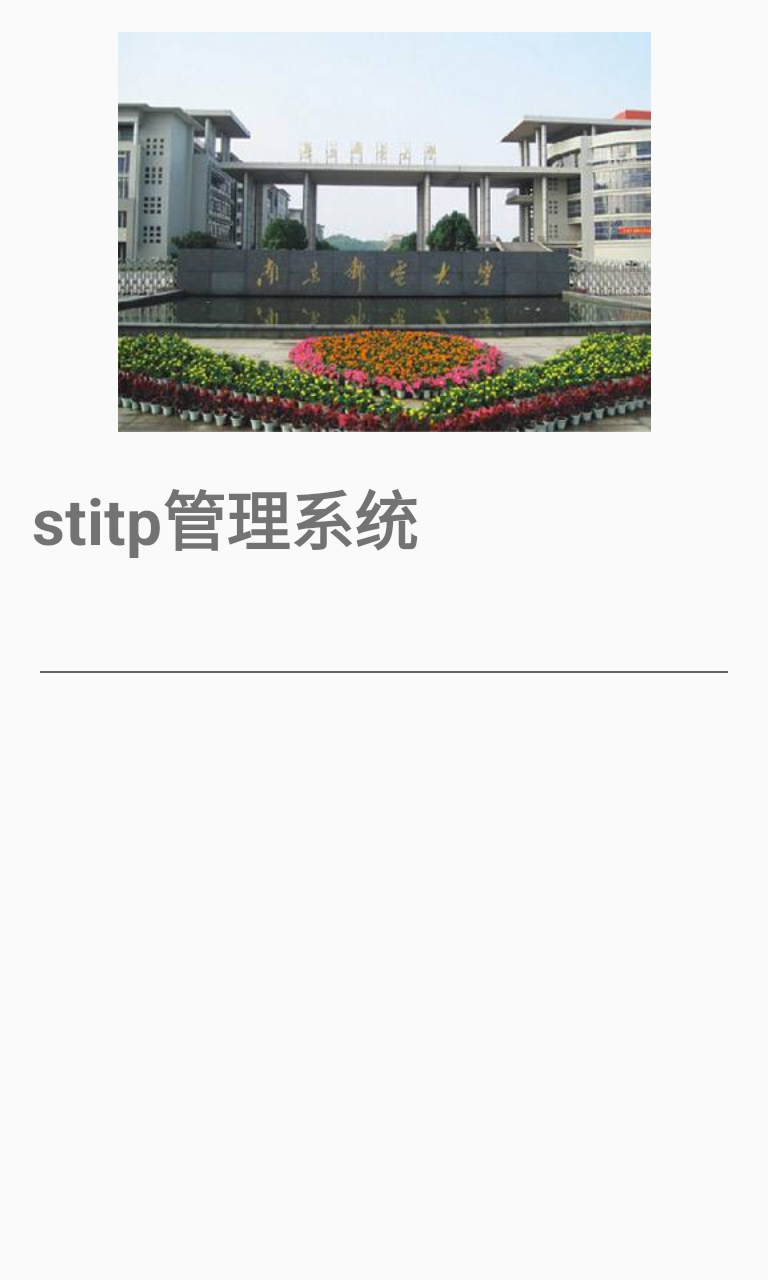
Repository: weizhaopeng/zhou_stitp
Layout: workspace/zhou/res/layout/fragment_main.xml
The author's editor kept a copy of each file at every save. The layout is drawn from the files as they stood at one save, then again after the next save.
It is drawn on a 768 x 1280 px phone screen (xhdpi) without system bars, with theme AppTheme; the app's code is not run.

Above is the layout before, as saved 2018-11-28 03:01:15.

### workspace/zhou/res/layout/fragment_main.xml
<RelativeLayout xmlns:android="http://schemas.android.com/apk/res/android"
    xmlns:tools="http://schemas.android.com/tools"
    android:layout_width="match_parent"
    android:layout_height="match_parent"
    android:paddingBottom="@dimen/activity_vertical_margin"
    android:paddingLeft="@dimen/activity_horizontal_margin"
    android:paddingRight="@dimen/activity_horizontal_margin"
    android:paddingTop="@dimen/activity_vertical_margin"
    tools:context="com.example.zhou.MainActivity$PlaceholderFragment" >



	<LinearLayout
	    android:layout_width="match_parent"
	    android:layout_height="wrap_content"
	    android:orientation="vertical">
		<ImageView
		    android:id="@+id/main_njupt"
		    android:layout_width="match_parent"
		    android:layout_height="wrap_content"
		    android:contentDescription="主界面中的南邮图片"
		    android:src="@drawable/njupt" />

    	<TextView
	        android:id="@+id/main_title"
	        android:layout_width="wrap_content"
	        android:layout_height="wrap_content"
	        android:layout_below="@+id/main_njupt"
	        android:layout_centerHorizontal="true"
	        android:layout_marginTop="19dp"
	        android:text="@string/main_title"
	        android:textSize="32sp"
	        android:textStyle="bold"
	        />
			<!-- 宽度跟随内容 -->
			<!-- 高度跟随内容 -->
			<!-- 布局在main_njupt下方-->
			<!-- 水平居中-->
			<!-- 顶部的空白是19dp-->
			<!-- 文本内容-->
			<!-- 文本大小-->
			<!-- 文本加粗-->

		<EditText
		    android:id="@+id/main_input1"
		    android:layout_width="match_parent"
		    android:layout_height="wrap_content"
		    android:layout_alignLeft="@+id/main_njupt"
		    android:layout_below="@+id/main_title"
		    android:layout_marginTop="21dp"
		    android:ems="10"
		    />

	</LinearLayout>



</RelativeLayout>

### workspace/zhou/res/values/strings.xml
<?xml version="1.0" encoding="utf-8"?>
<resources>

    <string name="app_name">zhou</string>
    <string name="main_title">stitp管理系统</string>
    <string name="action_settings">Settings</string>
	<string name="main_username">请输入用户名</string>
</resources>

Loaded but not shown: workspace/zhou/res/values/styles.xml (common file); workspace/zhou/res/values-v11/styles.xml (common file); workspace/zhou/res/values-v14/styles.xml (common file); workspace/zhou/res/values/dimens.xml (common file); workspace/zhou/res/values-w820dp/dimens.xml (common file)

After the next save:
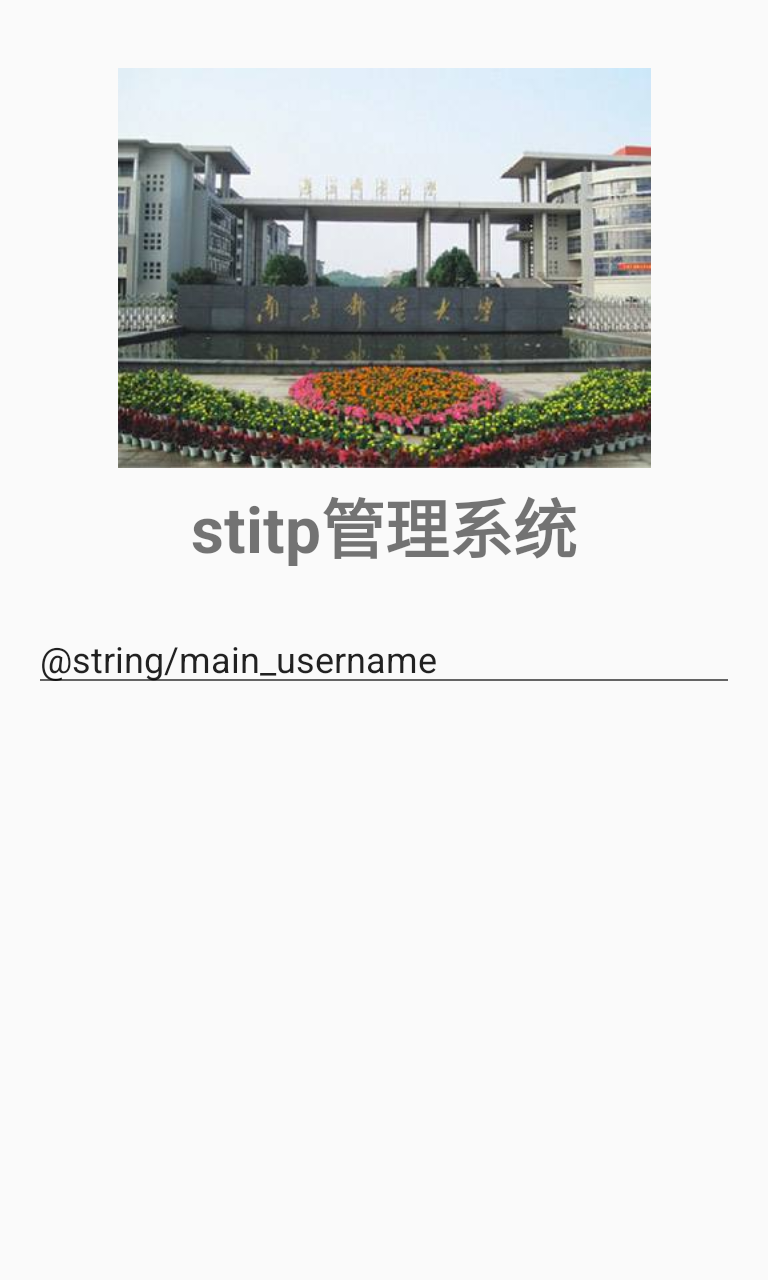
Saved 80 s later.
--- a/workspace/zhou/res/layout/fragment_main.xml
+++ b/workspace/zhou/res/layout/fragment_main.xml
@@ -8,51 +8,44 @@
     android:paddingTop="@dimen/activity_vertical_margin"
     tools:context="com.example.zhou.MainActivity$PlaceholderFragment" >
 
-
-
 	<LinearLayout
 	    android:layout_width="match_parent"
 	    android:layout_height="wrap_content"
-	    android:orientation="vertical">
-		<ImageView
-		    android:id="@+id/main_njupt"
-		    android:layout_width="match_parent"
-		    android:layout_height="wrap_content"
-		    android:contentDescription="主界面中的南邮图片"
-		    android:src="@drawable/njupt" />
+	    android:layout_alignParentTop="true"
+	    android:layout_centerHorizontal="true"
+	    android:layout_marginTop="18dp"
+	    android:orientation="vertical" >
 
-    	<TextView
+	    <ImageView
+	        android:id="@+id/main_njupt"
+	        android:contentDescription="主界面中的南邮图片"
+	        android:layout_width="match_parent"
+	        android:layout_height="wrap_content"
+	        android:src="@drawable/njupt" />
+
+	    <TextView
 	        android:id="@+id/main_title"
 	        android:layout_width="wrap_content"
 	        android:layout_height="wrap_content"
-	        android:layout_below="@+id/main_njupt"
-	        android:layout_centerHorizontal="true"
-	        android:layout_marginTop="19dp"
+	        android:layout_gravity="center"
+	        android:layout_marginTop="5dp"
 	        android:text="@string/main_title"
 	        android:textSize="32sp"
-	        android:textStyle="bold"
-	        />
-			<!-- 宽度跟随内容 -->
-			<!-- 高度跟随内容 -->
-			<!-- 布局在main_njupt下方-->
-			<!-- 水平居中-->
-			<!-- 顶部的空白是19dp-->
-			<!-- 文本内容-->
-			<!-- 文本大小-->
-			<!-- 文本加粗-->
+	        android:textStyle="bold" />
 
-		<EditText
-		    android:id="@+id/main_input1"
-		    android:layout_width="match_parent"
-		    android:layout_height="wrap_content"
-		    android:layout_alignLeft="@+id/main_njupt"
-		    android:layout_below="@+id/main_title"
-		    android:layout_marginTop="21dp"
-		    android:ems="10"
-		    />
+	    <EditText
+	        android:id="@+id/main_input1"
+	        android:layout_width="match_parent"
+	        android:layout_height="wrap_content"
+	        android:layout_alignLeft="@+id/main_njupt"
+	        android:layout_below="@+id/main_title"
+	        android:layout_marginTop="21dp"
+	        android:ems="10"
 
+	        android:text="@string/main_username
+	        ">
+
+	    </EditText>
 	</LinearLayout>
 
-
-
 </RelativeLayout>
